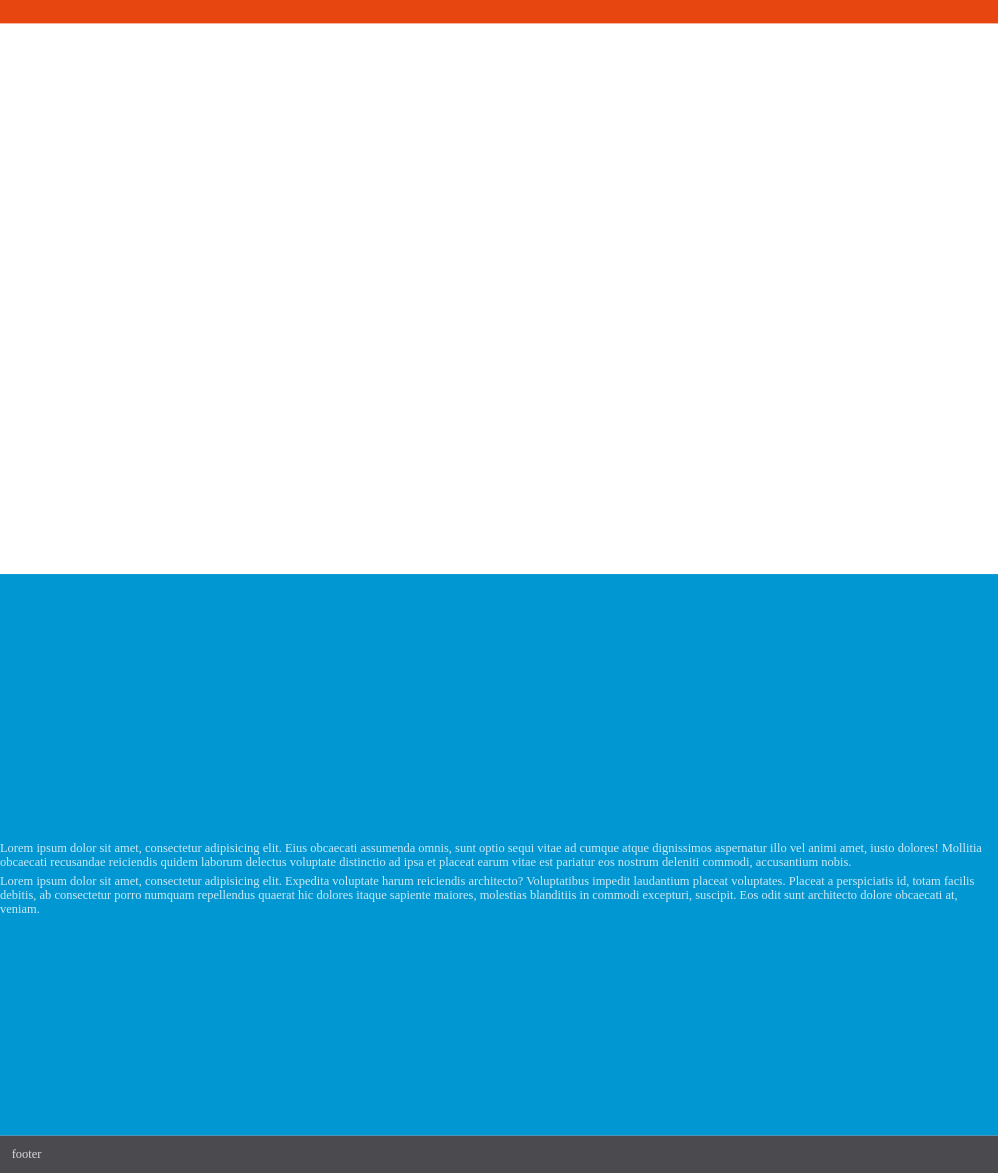
Repository: Matt-F90/mini-project
Page: index.html
The author's editor kept a record of every edit. The page is drawn from the files as they stood at one moment, then again after the next edit.
The browser window is 1280 px wide. The pictures show the whole page, at 78% of full size.

Above is the page before.

After the next edit:
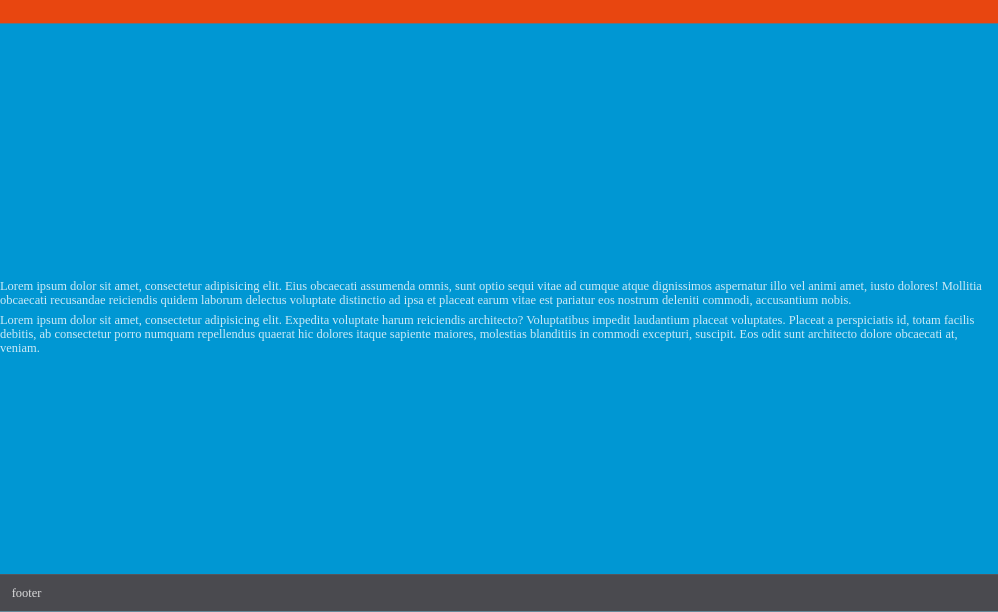
The edit:
--- a/index.html
+++ b/index.html
@@ -12,7 +12,6 @@
         <header class="header">
             <div class="log"></div>
         </header>
-    </main>
 
 
         <section class="section">
